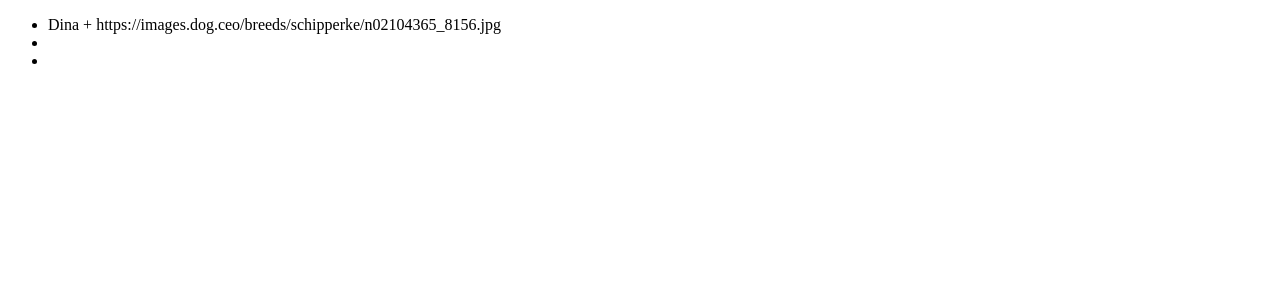
Repository: conchaasensio/ejercicios-en-clase-j
Page: modulo-2/leccion-2.2/ejercicio-8/index.html
The author's editor kept a copy of each file at every save. The page is drawn from the files as they stood at one save, then again after the next save.
The browser window is 1280 px wide. The pictures show the whole page.

Above is the page before, as saved 2020-06-29 18:10:20.

### modulo-2/leccion-2.2/ejercicio-8/index.html
<!DOCTYPE html>
<html lang="es">
  <head>
    <meta charset="UTF-8" />
    <meta name="viewport" content="width=device-width, initial-scale=1.0" />
    <title>Lista de perretes</title>
  </head>
  <body>
    <ul>
      <li class="firstDog"></li>
      <li class="secondDog"></li>
      <li class="thirdDog"></li>
    </ul>
    <script src="./main.js"></script>
  </body>
</html>

### modulo-2/leccion-2.2/ejercicio-8/main.js
'use strict';

const firstDogImage =
  'https://images.dog.ceo/breeds/schipperke/n02104365_8156.jpg';
const firstDogName = 'Dina';

const firstDog = document.querySelector('.firstDog');
firstDog.innerHTML = `${firstDogName} + ${firstDogImage}`;

// const secondDogImage =
//   'https://images.dog.ceo/breeds/collie-border/n02106166_355.jpg';
// const secondDogName = 'Luna';

// const thirdDogImage =
//   'https://images.dog.ceo/breeds/affenpinscher/n02110627_7065.jpg';
// const thirdDogName = 'Lana';

After the next save:
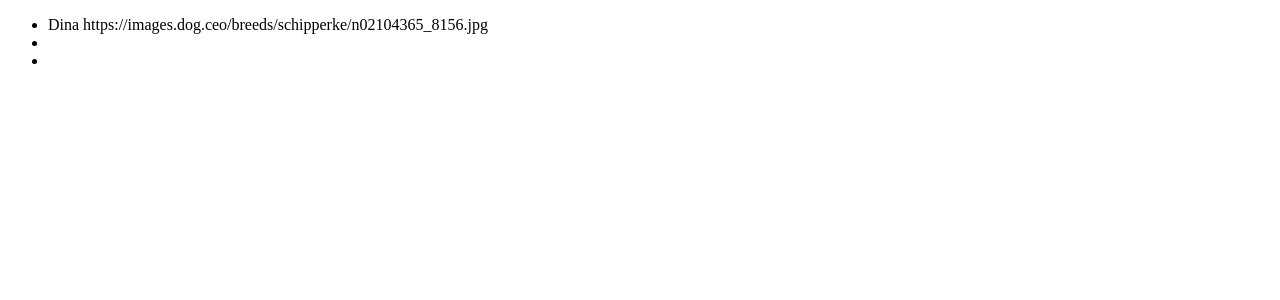
Saved 23 s later.
--- a/modulo-2/leccion-2.2/ejercicio-8/main.js
+++ b/modulo-2/leccion-2.2/ejercicio-8/main.js
@@ -5,7 +5,7 @@ const firstDogImage =
 const firstDogName = 'Dina';
 
 const firstDog = document.querySelector('.firstDog');
-firstDog.innerHTML = `${firstDogName} + ${firstDogImage}`;
+firstDog.innerHTML = `${firstDogName} ${firstDogImage}`;
 
 // const secondDogImage =
 //   'https://images.dog.ceo/breeds/collie-border/n02106166_355.jpg';
